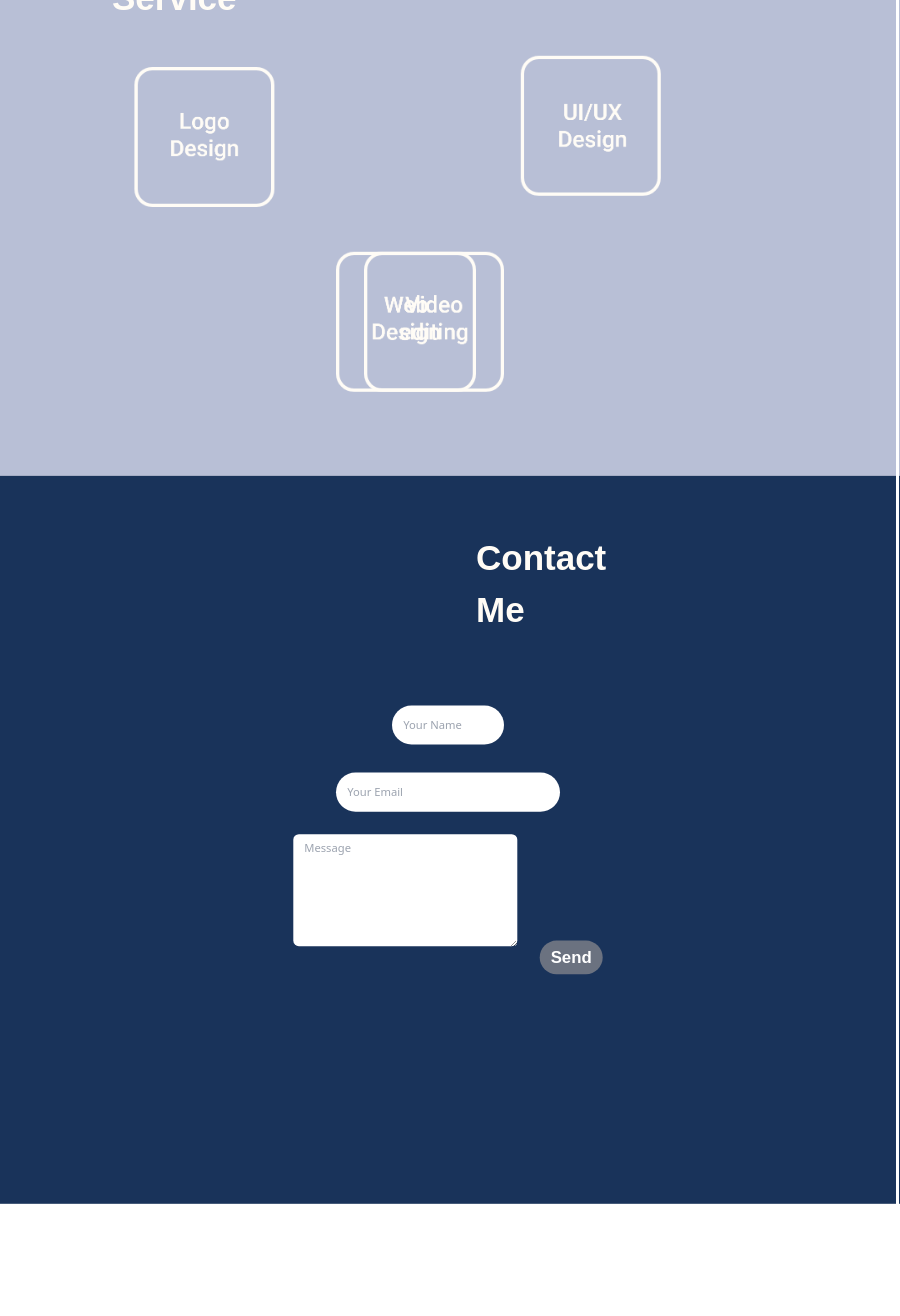
Repository: MEROO1010/my_portfolio
Page: /
The author's editor kept a copy of each file at every save. The page is drawn from the files as they stood at one save, then again after the next save.
The browser window is 1280 px wide. The page is 1285 px wide, so the pictures cover 1285 px, including what lies to the right of the window. The pictures show the part of the page from y = 2304 to 4184 px (the page is 4184 px tall), at 70% of full size.
The project was rebuilt for these pictures with package versions that can differ from the ones it lists, and the page was loaded fresh each time. The framework's server and built-in components were replaced by stand-ins that run in the browser. Also part of the build but not shown: next.config.js.

Above is the page before, as saved 2023-08-17 09:31:58.

After the next save:
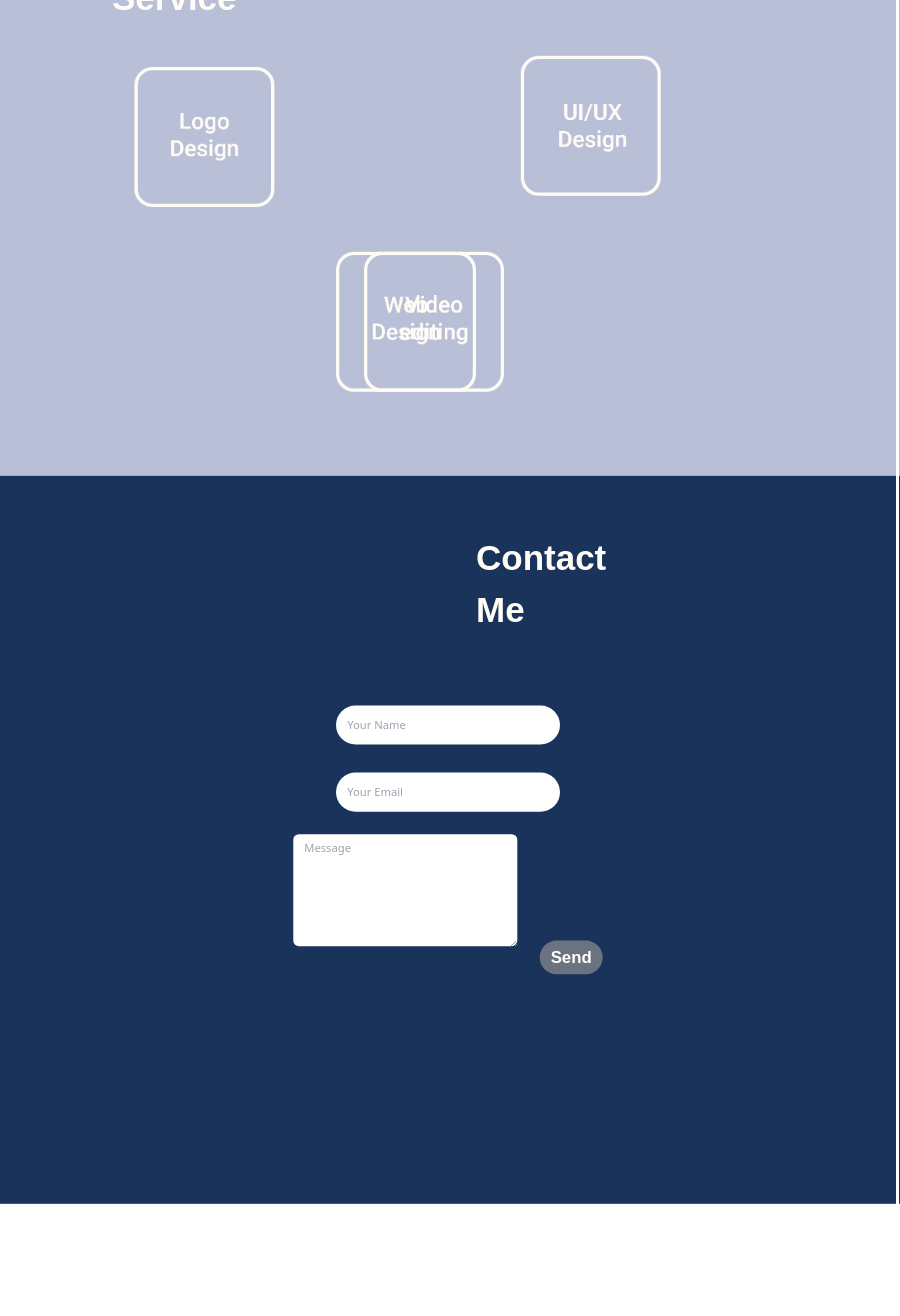
Saved 4 s later.
--- a/pages/components/Form.tsx
+++ b/pages/components/Form.tsx
@@ -3,7 +3,7 @@ import React from 'react'
 const Form = () => {
   return (
     <div className="text-center">
-    <input type="text" placeholder="Your Name" className="px-4 py-2 mx-4 my-2 rounded-full h-14 w-40"/><br/><br/>
+    <input type="text" placeholder="Your Name" className="px-4 py-2 mx-4 my-2 rounded-full h-14 w-80"/><br/><br/>
     <input type="text" placeholder="Your Email" className="px-4 py-2 mx-4 my-2 rounded-full h-14 w-80"/><br/>
     <textarea placeholder="Message" className="px-4 py-2 mx-4 my-6 rounded-lg h-40 w-80"></textarea>
     <button type="submit" className="px-4 py-2 mx-4 my-2 font-raleway text-2xl font-semibold text-white bg-gray-500 rounded-full">Send</button>
